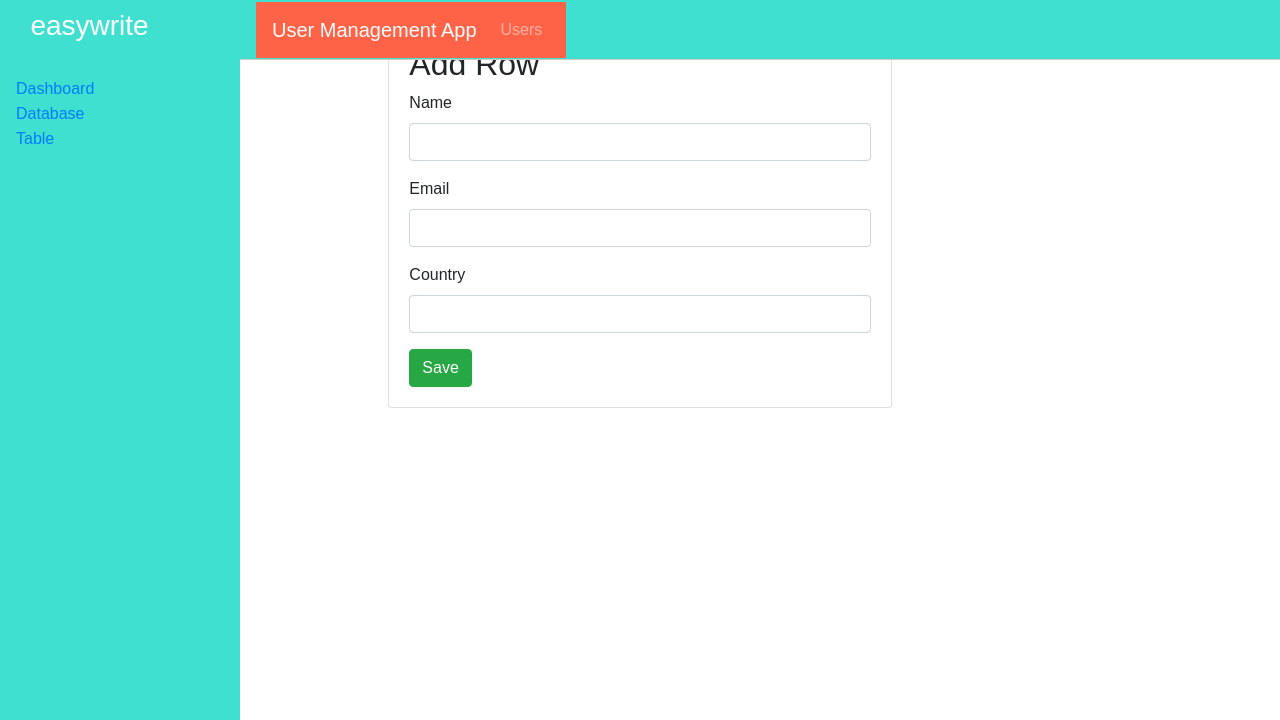
Repository: ngan429/CRUD_14
Page: http://localhost/crudweb/new
The author's editor kept a copy of each file at every save. The page is drawn from the files as they stood at one save, then again after the next save.
The browser window is 1280 px wide. The pictures show the whole page.
Some icons come from a web library that is not loaded, so they are not drawn. The page is served by Tomcat 9.

Above is the page before, as saved 2022-06-03 21:35:10.

After the next save:
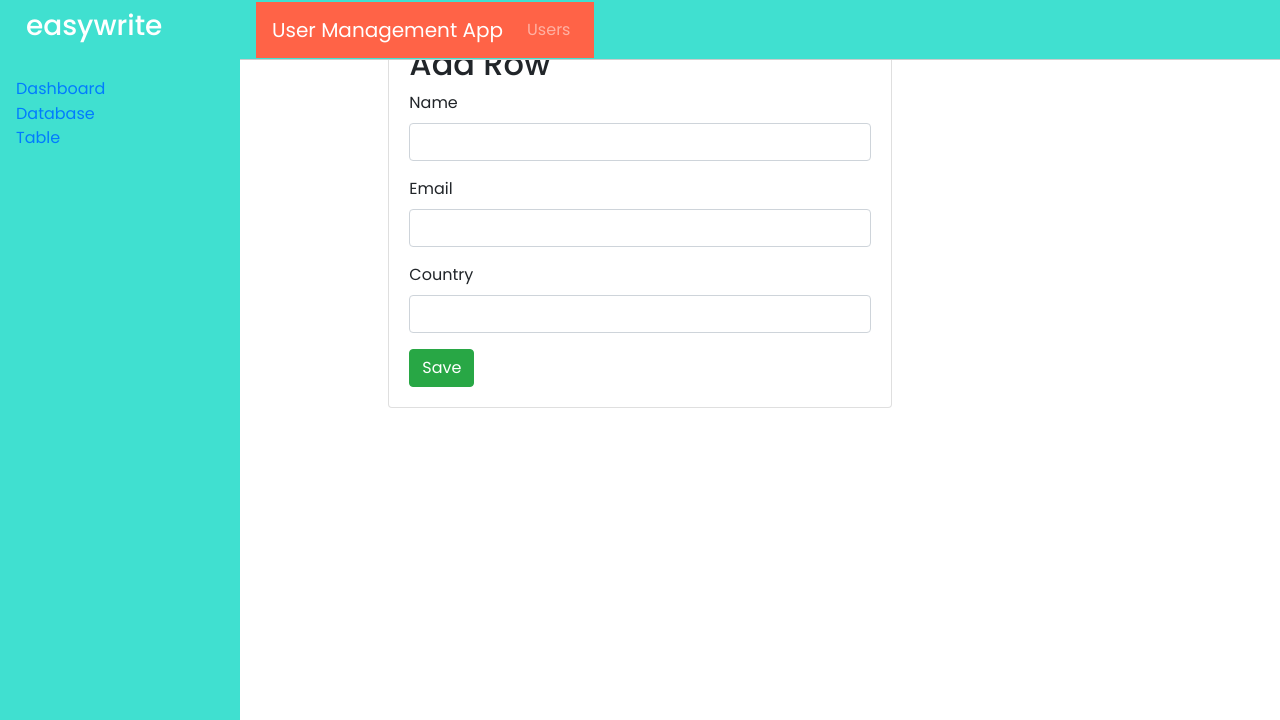
Saved 39 s later.
--- a/crudweb/crudweb/WebContent/user-form.jsp
+++ b/crudweb/crudweb/WebContent/user-form.jsp
@@ -6,7 +6,12 @@
         <head>
             <title>User Management Application</title>
             <link rel="stylesheet" href="https://stackpath.bootstrapcdn.com/bootstrap/4.3.1/css/bootstrap.min.css" integrity="sha384-ggOyR0iXCbMQv3Xipma34MD+dH/1fQ784/j6cY/iJTQUOhcWr7x9JvoRxT2MZw1T" crossorigin="anonymous">
-        </head>
+        <link rel="stylesheet" href="http://cdn.jsdelivr.net/gh/lykmapipo/themify-icons@0.1.2/css/themify-icons.css">
+<link rel="stylesheet" href="css/style.css">
+<link href="https://fonts.googleapis.com/css2?family=Inter:wght@300;400;600&display=swap" rel="stylesheet">
+<link rel="stylesheet"
+	href="<%=request.getContextPath()%>/css/style.css">
+<style>
 <style>
 *{
 	font-family: 'Poppins', sans-serif;
